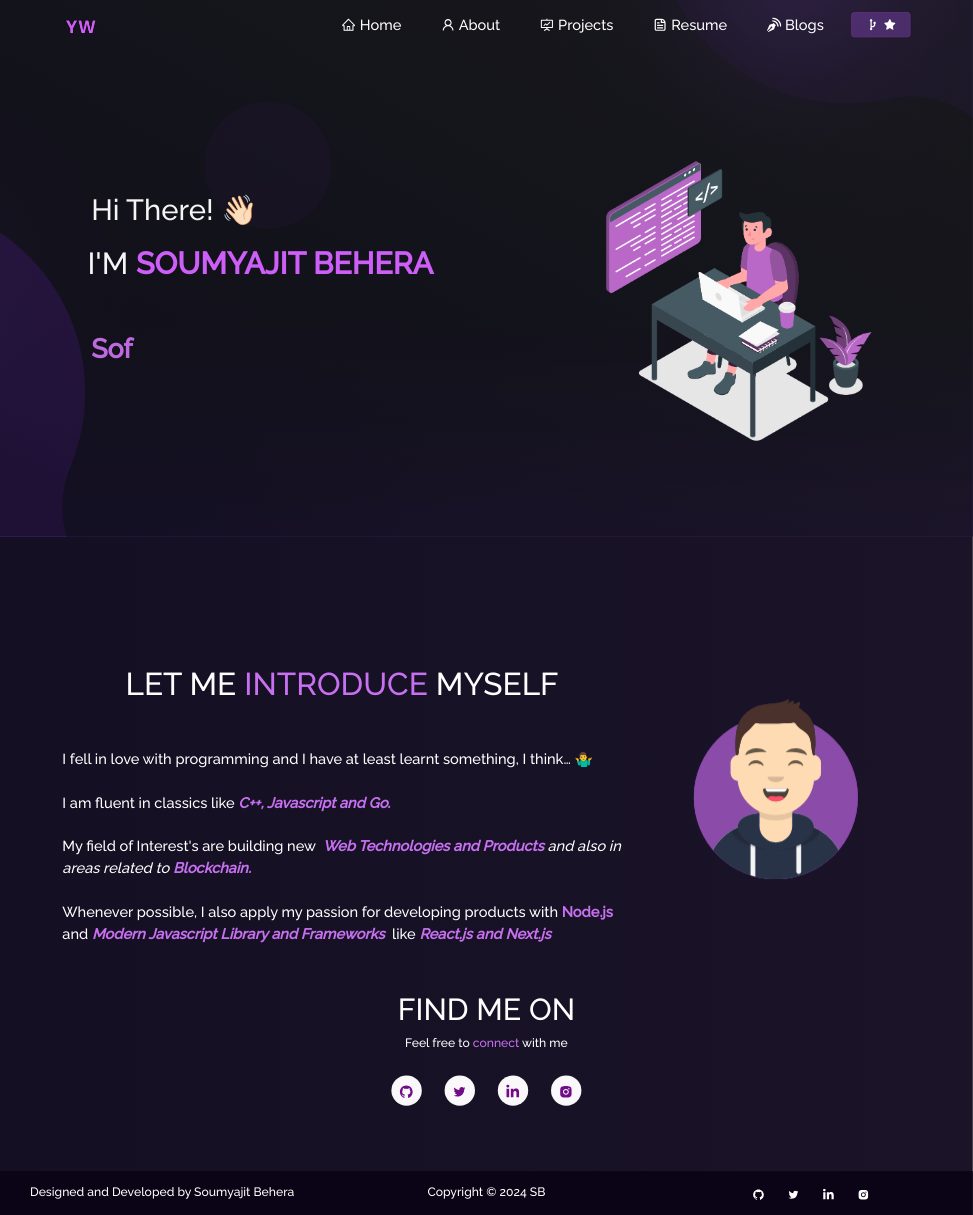
Repository: YiWang24/Portfolio
Page: /
An editor plug-in stored every save of this project. The page is shown before and after a run of saves, followed by the edit.
The browser window is 1280 px wide. The pictures show the whole page, at 76% of full size.
The project was rebuilt for these pictures with package versions that can differ from the ones it lists, and the page was loaded fresh each time. Also part of the build but not shown: src/components/About/Github.js, src/components/About/Techstack.js, src/components/About/AboutCard.js, src/components/About/Toolstack.js, src/components/About/About.js, src/components/Projects/ProjectCards.js, src/components/Projects/Projects.js, src/components/Resume/ResumeNew.js. Imported but missing from the stored project, and not drawn on this page: src/Assets/Soumyajit_Behera-BIT_MESRA.pdf.

Above is the page before, as saved 2024-02-12 13:38:24.

### src/components/Navbar.js
import React, { useState } from "react";
import Navbar from "react-bootstrap/Navbar";
import Nav from "react-bootstrap/Nav";
import Container from "react-bootstrap/Container";
import logo from "../Assets/logo.png";
import Button from "react-bootstrap/Button";
import { Link } from "react-router-dom";
import { CgGitFork } from "react-icons/cg";
import { ImBlog } from "react-icons/im";
import {
  AiFillStar,
  AiOutlineHome,
  AiOutlineFundProjectionScreen,
  AiOutlineUser,
} from "react-icons/ai";

import { CgFileDocument } from "react-icons/cg";

function NavBar() {
  const [expand, updateExpanded] = useState(false);
  const [navColour, updateNavbar] = useState(false);

  function scrollHandler() {
    if (window.scrollY >= 20) {
      updateNavbar(true);
    } else {
      updateNavbar(false);
    }
  }

  window.addEventListener("scroll", scrollHandler);

  return (
    <Navbar
      expanded={expand}
      fixed="top"
      expand="md"
      className={navColour ? "sticky" : "navbar"}
    >
      <Container>
        <Navbar.Brand href="/" className="d-flex">
          <img src={logo} className="img-fluid logo" alt="brand" />
        </Navbar.Brand>
        <Navbar.Toggle
          aria-controls="responsive-navbar-nav"
          onClick={() => {
            updateExpanded(expand ? false : "expanded");
          }}
        >
          <span></span>
          <span></span>
          <span></span>
        </Navbar.Toggle>
        <Navbar.Collapse id="responsive-navbar-nav">
          <Nav className="ms-auto" defaultActiveKey="#home">
            <Nav.Item>
              <Nav.Link as={Link} to="/" onClick={() => updateExpanded(false)}>
                <AiOutlineHome style={{ marginBottom: "2px" }} /> Home
              </Nav.Link>
            </Nav.Item>

            <Nav.Item>
              <Nav.Link
                as={Link}
                to="/about"
                onClick={() => updateExpanded(false)}
              >
                <AiOutlineUser style={{ marginBottom: "2px" }} /> About
              </Nav.Link>
            </Nav.Item>

            <Nav.Item>
              <Nav.Link
                as={Link}
                to="/project"
                onClick={() => updateExpanded(false)}
              >
                <AiOutlineFundProjectionScreen
                  style={{ marginBottom: "2px" }}
                />{" "}
                Projects
              </Nav.Link>
            </Nav.Item>

            <Nav.Item>
              <Nav.Link
                as={Link}
                to="/resume"
                onClick={() => updateExpanded(false)}
              >
                <CgFileDocument style={{ marginBottom: "2px" }} /> Resume
              </Nav.Link>
            </Nav.Item>

            <Nav.Item>
              <Nav.Link
                href="https://soumyajitblogs.vercel.app/"
                target="_blank"
                rel="noreferrer"
              >
                <ImBlog style={{ marginBottom: "2px" }} /> Blogs
              </Nav.Link>
            </Nav.Item>

            <Nav.Item className="fork-btn">
              <Button
                href="https://github.com/soumyajit4419/Portfolio"
                target="_blank"
                className="fork-btn-inner"
              >
                <CgGitFork style={{ fontSize: "1.2em" }} />{" "}
                <AiFillStar style={{ fontSize: "1.1em" }} />
              </Button>
            </Nav.Item>
          </Nav>
        </Navbar.Collapse>
      </Container>
    </Navbar>
  );
}

export default NavBar;

### src/components/Home/Home.js
import React from "react";
import { Container, Row, Col } from "react-bootstrap";
import homeLogo from "../../Assets/home-main.svg";
import Particle from "../Particle";
import Home2 from "./Home2";
import Type from "./Type";

function Home() {
  return (
    <section>
      <Container fluid className="home-section" id="home">
        <Particle />
        <Container className="home-content">
          <Row>
            <Col md={7} className="home-header">
              <h1 style={{ paddingBottom: 15 }} className="heading">
                Hi There!{" "}
                <span className="wave" role="img" aria-labelledby="wave">
                  👋🏻
                </span>
              </h1>

              <h1 className="heading-name">
                I'M
                <strong className="main-name"> SOUMYAJIT BEHERA</strong>
              </h1>

              <div style={{ padding: 50, textAlign: "left" }}>
                <Type />
              </div>
            </Col>

            <Col md={5} style={{ paddingBottom: 20 }}>
              <img
                src={homeLogo}
                alt="home pic"
                className="img-fluid"
                style={{ maxHeight: "450px" }}
              />
            </Col>
          </Row>
        </Container>
      </Container>
      <Home2 />
    </section>
  );
}

export default Home;

### src/components/Footer.js
import React from "react";
import { Container, Row, Col } from "react-bootstrap";
import {
  AiFillGithub,
  AiOutlineTwitter,
  AiFillInstagram,
} from "react-icons/ai";
import { FaLinkedinIn } from "react-icons/fa";

function Footer() {
  let date = new Date();
  let year = date.getFullYear();
  return (
    <Container fluid className="footer">
      <Row>
        <Col md="4" className="footer-copywright">
          <h3>Designed and Developed by Soumyajit Behera</h3>
        </Col>
        <Col md="4" className="footer-copywright">
          <h3>Copyright © {year} SB</h3>
        </Col>
        <Col md="4" className="footer-body">
          <ul className="footer-icons">
            <li className="social-icons">
              <a
                href="https://github.com/soumyajit4419"
                style={{ color: "white" }}
                target="_blank"
                rel="noopener noreferrer"
              >
                <AiFillGithub />
              </a>
            </li>
            <li className="social-icons">
              <a
                href="https://twitter.com/Soumyajit4419"
                style={{ color: "white" }}
                target="_blank"
                rel="noopener noreferrer"
              >
                <AiOutlineTwitter />
              </a>
            </li>
            <li className="social-icons">
              <a
                href="https://www.linkedin.com/in/soumyajit4419/"
                style={{ color: "white" }}
                target="_blank"
                rel="noopener noreferrer"
              >
                <FaLinkedinIn />
              </a>
            </li>
            <li className="social-icons">
              <a
                href="https://www.instagram.com/soumyajit4419"
                style={{ color: "white" }}
                target="_blank"
                rel="noopener noreferrer"
              >
                <AiFillInstagram />
              </a>
            </li>
          </ul>
        </Col>
      </Row>
    </Container>
  );
}

export default Footer;

### src/components/Particle.js
import React from "react";
import Particles from "react-tsparticles";

function Particle() {
  return (
    <Particles
      id="tsparticles"
      params={{
        particles: {
          number: {
            value: 160,
            density: {
              enable: true,
              value_area: 1500,
            },
          },
          line_linked: {
            enable: false,
            opacity: 0.03,
          },
          move: {
            direction: "right",
            speed: 0.05,
          },
          size: {
            value: 1,
          },
          opacity: {
            anim: {
              enable: true,
              speed: 1,
              opacity_min: 0.05,
            },
          },
        },
        interactivity: {
          events: {
            onclick: {
              enable: true,
              mode: "push",
            },
          },
          modes: {
            push: {
              particles_nb: 1,
            },
          },
        },
        retina_detect: true,
      }}
    />
  );
}

export default Particle;

### src/components/Home/Home2.js
import React from "react";
import { Container, Row, Col } from "react-bootstrap";
import myImg from "../../Assets/avatar.svg";
import Tilt from "react-parallax-tilt";
import {
  AiFillGithub,
  AiOutlineTwitter,
  AiFillInstagram,
} from "react-icons/ai";
import { FaLinkedinIn } from "react-icons/fa";

function Home2() {
  return (
    <Container fluid className="home-about-section" id="about">
      <Container>
        <Row>
          <Col md={8} className="home-about-description">
            <h1 style={{ fontSize: "2.6em" }}>
              LET ME <span className="purple"> INTRODUCE </span> MYSELF
            </h1>
            <p className="home-about-body">
              I fell in love with programming and I have at least learnt
              something, I think… 🤷‍♂️
              <br />
              <br />I am fluent in classics like
              <i>
                <b className="purple"> C++, Javascript and Go. </b>
              </i>
              <br />
              <br />
              My field of Interest's are building new &nbsp;
              <i>
                <b className="purple">Web Technologies and Products </b> and
                also in areas related to{" "}
                <b className="purple">
                  Blockchain.
                </b>
              </i>
              <br />
              <br />
              Whenever possible, I also apply my passion for developing products
              with <b className="purple">Node.js</b> and
              <i>
                <b className="purple">
                  {" "}
                  Modern Javascript Library and Frameworks
                </b>
              </i>
              &nbsp; like
              <i>
                <b className="purple"> React.js and Next.js</b>
              </i>
            </p>
          </Col>
          <Col md={4} className="myAvtar">
            <Tilt>
              <img src={myImg} className="img-fluid" alt="avatar" />
            </Tilt>
          </Col>
        </Row>
        <Row>
          <Col md={12} className="home-about-social">
            <h1>FIND ME ON</h1>
            <p>
              Feel free to <span className="purple">connect </span>with me
            </p>
            <ul className="home-about-social-links">
              <li className="social-icons">
                <a
                  href="https://github.com/soumyajit4419"
                  target="_blank"
                  rel="noreferrer"
                  className="icon-colour  home-social-icons"
                >
                  <AiFillGithub />
                </a>
              </li>
              <li className="social-icons">
                <a
                  href="https://twitter.com/Soumyajit4419"
                  target="_blank"
                  rel="noreferrer"
                  className="icon-colour  home-social-icons"
                >
                  <AiOutlineTwitter />
                </a>
              </li>
              <li className="social-icons">
                <a
                  href="https://www.linkedin.com/in/soumyajit4419/"
                  target="_blank"
                  rel="noreferrer"
                  className="icon-colour  home-social-icons"
                >
                  <FaLinkedinIn />
                </a>
              </li>
              <li className="social-icons">
                <a
                  href="https://www.instagram.com/soumyajit4419"
                  target="_blank"
                  rel="noreferrer"
                  className="icon-colour home-social-icons"
                >
                  <AiFillInstagram />
                </a>
              </li>
            </ul>
          </Col>
        </Row>
      </Container>
    </Container>
  );
}
export default Home2;

Loaded but not shown: public/index.html (common file); src/index.js (common file); src/index.css (common file); src/App.js (common file); src/reportWebVitals.js (common file); src/components/Pre.js (common file); src/components/ScrollToTop.js (common file); src/style.css (common file); src/App.css (common file); src/components/Home/Type.js (common file)

After the next 2 saves:
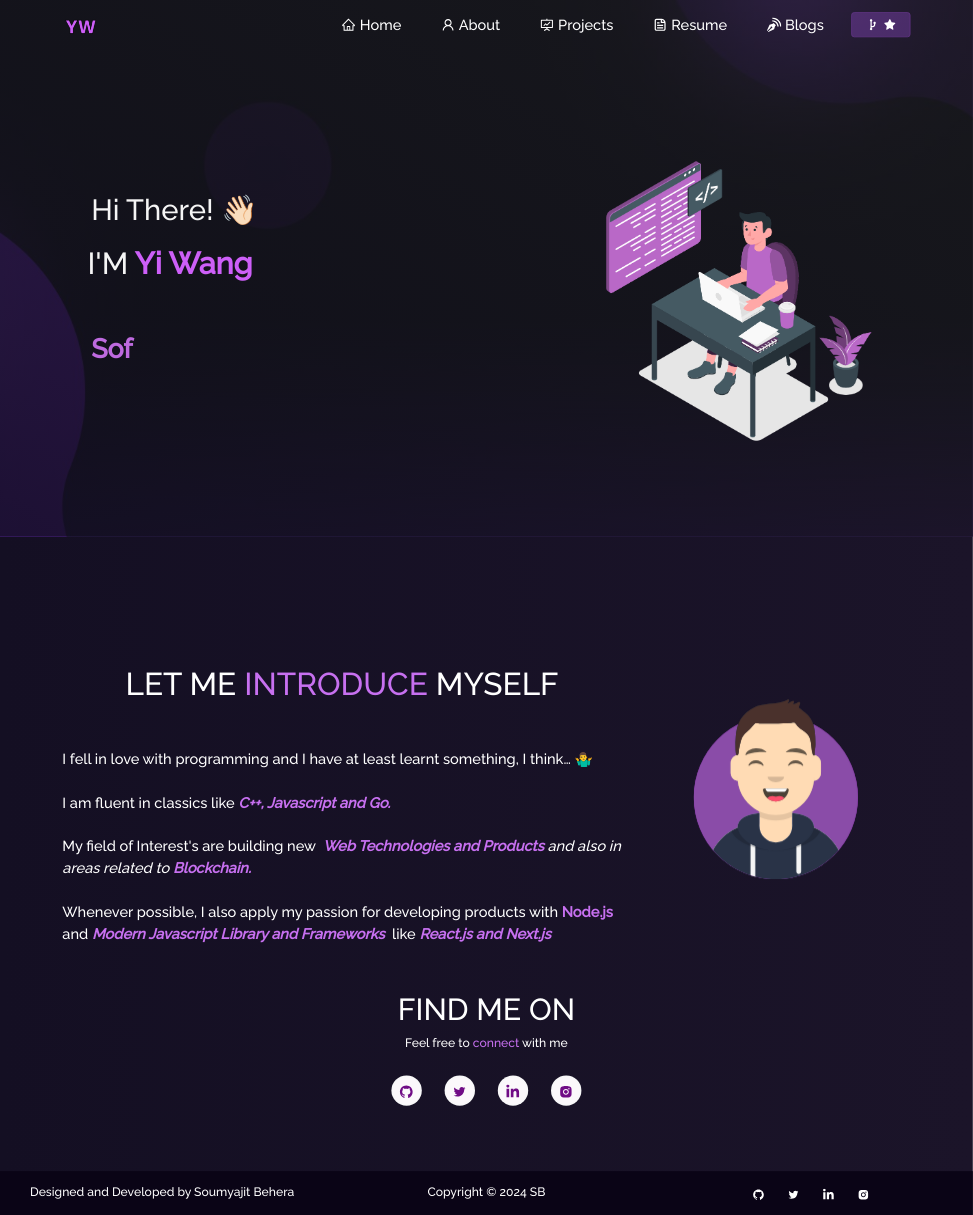
The 2 saves are shown as one change because they came seconds apart.
The last was saved 190 days later.
--- a/src/components/Home/Home.js
+++ b/src/components/Home/Home.js
@@ -22,7 +22,7 @@ function Home() {
 
               <h1 className="heading-name">
                 I'M
-                <strong className="main-name"> SOUMYAJIT BEHERA</strong>
+                <strong className="main-name"> Yi Wang</strong>
               </h1>
 
               <div style={{ padding: 50, textAlign: "left" }}>
